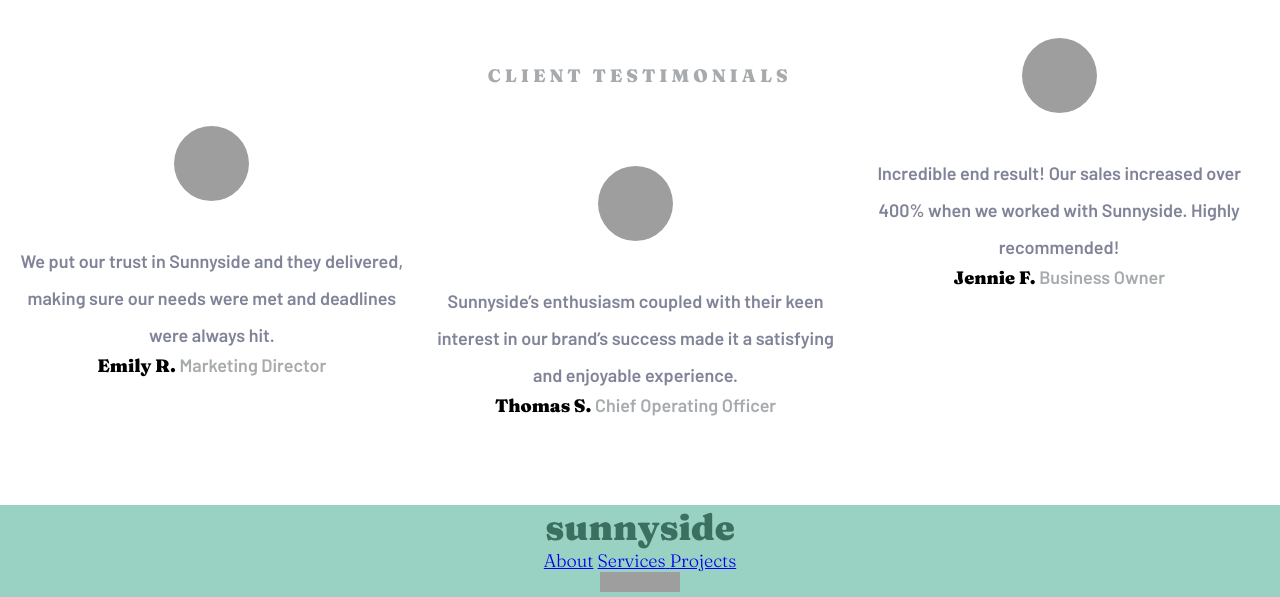
Repository: Roshanell/Sunny-Side-Agency
Page: index.html
These files come from the project's save history. The page is drawn as it stood at one moment and after a run of saves; the edit follows.
The browser window is 1280 px wide. The pictures show the part of the page from y = 2160 to 2757 px (the page is 2757 px tall).
Pictures or frames that could not be fetched are drawn as grey boxes. Some web libraries are served in a nearby version.

Above is the page before, as saved 2022-07-07 14:16:12.

After the next 3 saves:
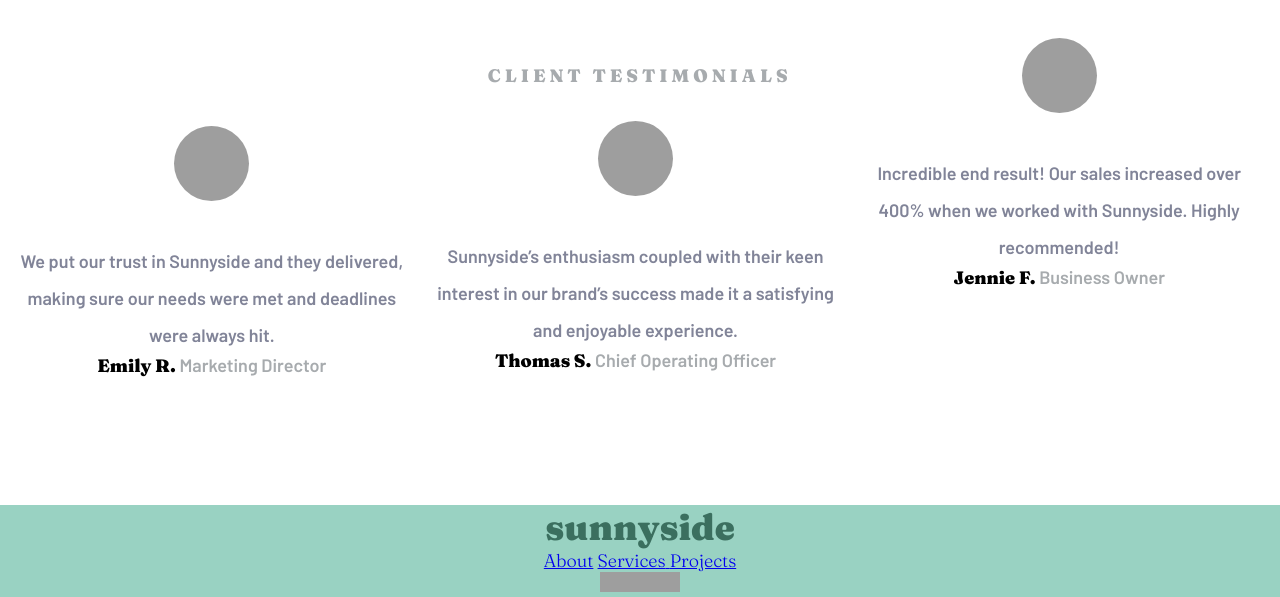
The 3 saves are shown as one change because they came seconds apart.
The last was saved 79 s later.
--- a/css/style.css
+++ b/css/style.css
@@ -341,7 +341,7 @@ span a {
     height: fit-content;
     width: 33.1%;
     /* margin: auto; */
-    margin-top: 10%;
+    margin-top: 6.5%;
     /* border: 1px solid pink; */
   }
 
